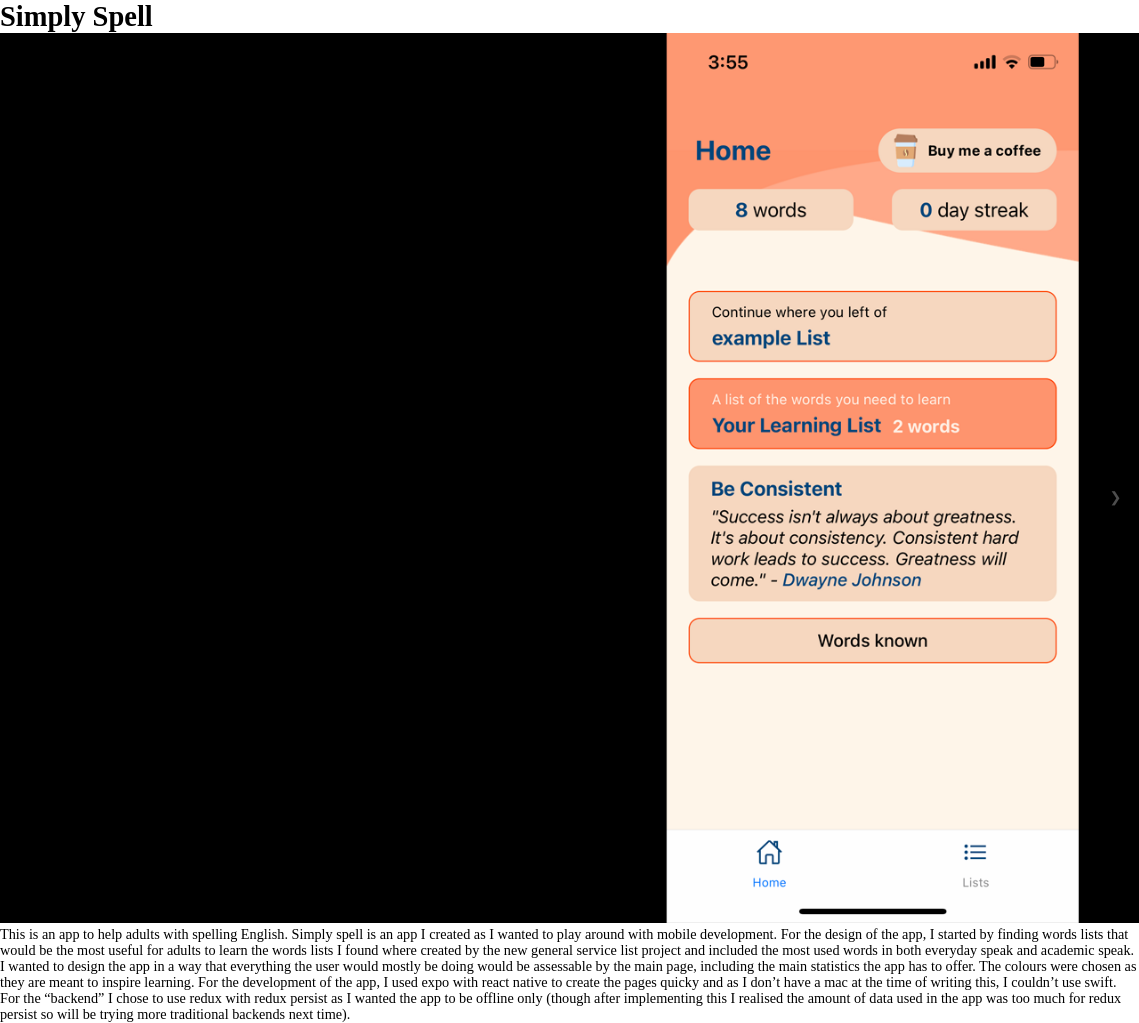
Repository: David-Waite/simpleespellwebsite
Page: /
An editor plug-in stored every save of this project. The page is shown before and after the next save, followed by the edit.
The browser window is 1280 px wide. The pictures show the whole page, at 89% of full size.
The project was rebuilt for these pictures with package versions that can differ from the ones it lists, and the page was loaded fresh each time.

Above is the page before, as saved 2023-07-27 19:01:42.

After the next save:
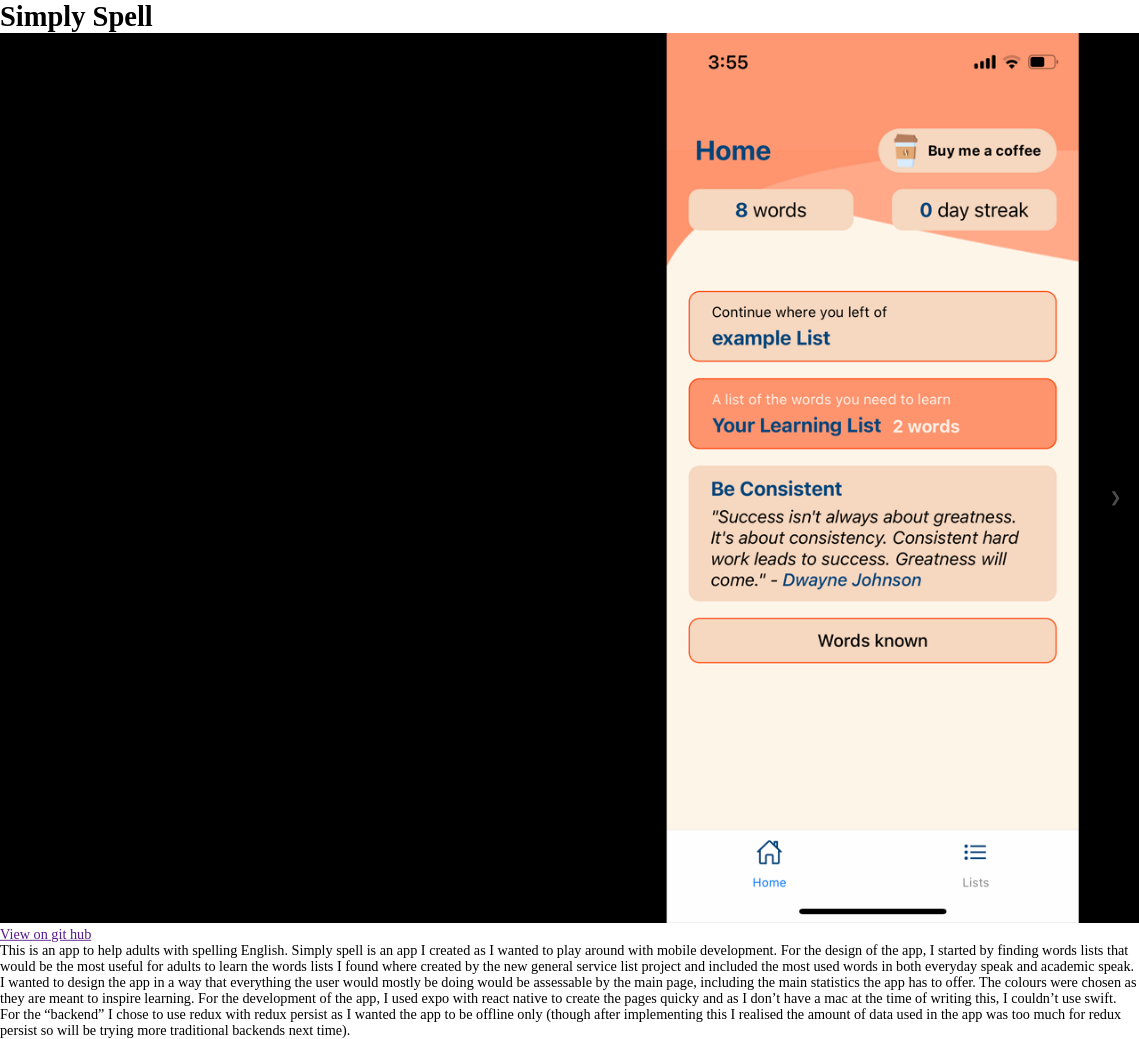
Saved 12 s later.
--- a/src/App.js
+++ b/src/App.js
@@ -92,6 +92,7 @@ export default function App(props) {
         </div>
       </div>
       <div>
+        <a href="">View on git hub</a>
         <p>
           This is an app to help adults with spelling English. Simply spell is
           an app I created as I wanted to play around with mobile development.
